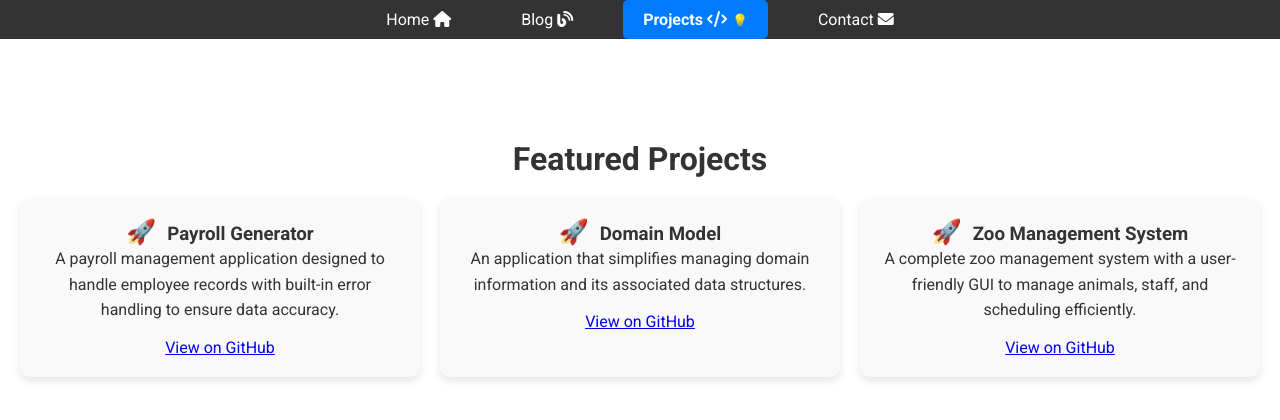
Repository: liwingy/cs5610_fall24_project1
Page: projects.html
An editor plug-in stored every save of this project. The page is shown before and after the next save, followed by the edit.
The browser window is 1280 px wide. The pictures show the whole page.

Above is the page before, as saved 2024-10-07 21:29:45.

### projects.html
<!DOCTYPE html>
<html lang="en">
<head>
    <meta charset="UTF-8">
    <meta name="viewport" content="width=device-width, initial-scale=1.0">
    <title>Wing Yee Li | Projects</title>
    <link rel="stylesheet" href="style.css">
    <link rel="icon" href="./sources/favicon.ico" type="image/x-icon">
    <link rel="stylesheet" href="https://cdnjs.cloudflare.com/ajax/libs/font-awesome/6.0.0-beta3/css/all.min.css">
</head>
<body>
    <nav>
        <ul>
            <li><a href="homepage.html">Home <i class="fas fa-home"></i></a></li>
            <li><a href="blog.html">Blog <i class="fas fa-blog"></i></a></li>
            <li><a href="projects.html" class="active">Projects <i class="fas fa-code"></i></a></li>
            <li><a href="contact.html">Contact <i class="fas fa-envelope"></i></a></li>
        </ul>
    </nav>
    <main>
        <section class="projects">
            <h2>Featured Projects</h2>
            <div class="grid">
                <div class="project-item">
                    <h3>Payroll Generator</h3>
                    <p>A payroll management application designed to handle employee records with built-in error handling to ensure data accuracy.</p>
                    <a href="https://github.com/Su24-CS5004-Online-Lionelle/homework-03-liwingy/tree/main/src/main/java/student" target="_blank">View on GitHub</a>
                </div>
                <div class="project-item">
                    <h3>Domain Model</h3>
                    <p>An application that simplifies managing domain information and its associated data structures.</p>
                    <a href="https://github.com/Su24-CS5004-Online-Lionelle/homework-07-liwingy/tree/main/src/main/java/student/model" target="_blank">View on GitHub</a>
                </div>
                <div class="project-item">
                    <h3>Zoo Management System</h3>
                    <p>A complete zoo management system with a user-friendly GUI to manage animals, staff, and scheduling efficiently.</p>
                    <a href="https://github.com/Su24-CS5004-Online-Lionelle/final-project-group-12" target="_blank">View on GitHub</a>
                </div>
            </div>
        </section>
    </main>
</body>
</html>

### style.css
@import url('https://fonts.googleapis.com/css2?family=Roboto:wght@400;700&display=swap');

* {
    margin: 0;
    padding: 0;
    box-sizing: border-box;
    font-family: 'Roboto', sans-serif;
}

body, html {
    height: 100%;
    margin: 0;
}

body {
    background-color: rgb(255, 255, 255);
    color: #333;
    display: flex;
    flex-direction: column;   /* Stack the content vertically */
    height: 100vh;            /* Make sure the body takes up the full viewport height */
}

main {
    display: flex;
    justify-content: center;
    align-items: center;
    flex-direction: column;
    height: auto;
    margin-top: 80px;
    padding-top: 20px;
}

header {
    text-align: center;
}

.blog, .projects, .contact, .about-me {
    margin-top: 20px;
    padding: 20px;
    width: 100%;
    margin-bottom: 40px; /* Add space between sections */
    text-align: center;
}

.about-me h3:before {
    content: "⭐"; /* Add an icon or symbol before each section */
    font-size: 1.5rem;
    color: #007BFF;
    margin-right: 5px;
}

.highlight {
    font-weight: bold;
    color: black; /* Highlight the text in a different color */
}

ul {
    list-style-type: disc;
    list-style-position: inside; /* Ensures the bullet points are aligned with the text */
    padding-left: 0; /* Removes extra left padding on the list */
    padding-left: 20px; /* Add some padding to ensure bullets are positioned properly */
}

li {
    margin-left: 0; /* Adds a little space between the bullet and text */
}


nav {
    width: 100%;              /* Full width navigation bar */
    background-color: #333;    /* Background color for the navbar */
    position: fixed;          /* Keep the navbar fixed at the top */
    top: 0;
    left: 0;
    padding: 10px 0;          /* Add some padding for spacing */
    z-index: 1;               /* Ensure the navbar stays above other content */
}

nav ul {
    list-style: none;
    display: flex;            /* Display the list items in a row */
    justify-content: center;  /* Center the list items horizontally */
    margin: 0;
    padding: 0;
}

nav ul li {
    margin: 0 15px;           /* Space between each nav item */
}

nav ul li a {
    color: #fff;
    text-decoration: none;
    padding: 10px 20px;       /* Add padding around each link */
    transition: background-color 0.3s;
}

nav ul li a:hover {
    border-bottom: 2px solid #007BFF;
    font-size: 1.05em;
    color: #007BFF;
    transition: all 0.3s ease-in-out;
}

.active {
    background-color: #007BFF;
    font-weight: bold;
    border-radius: 5px;
    padding: 10px 20px;
}

nav ul li a.active::after {
    content: "💡";
    color: #007BFF;
    font-size: 0.8rem;
    margin-left: 5px;
    vertical-align: middle;
}

h1 {
    font-size: 2.5rem;
    margin-top: 60px;        /* Add space from the navbar */
}

h2 {
    font-size: 2rem;
    margin-bottom: 10px;
}

h1, h2, h3 {
    font-weight: 700; /* Make headings bold */
}

p {
    line-height: 1.6; /* Improve readability */
    margin-bottom: 15px; /* Add space between paragraphs */
}

.grid {
    display: grid;
    grid-template-columns: repeat(auto-fit, minmax(250px, 1fr)); /* Auto-fit for responsiveness */
    gap: 20px; /* Space between grid items */
    margin-top: 20px;
}

.blog-item {
    padding: 20px;
    border-radius: 10px;
    box-shadow: 0 4px 8px rgba(0, 0, 0, 0.1);
    background-color: #f9f9f9;
}

.blog-item h3:before {
    content: "💕";
    color: #007BFF;
    font-size: 1.5rem;
    margin-right: 5px;
}

.blog img {
    display: block;        /* Ensures the image is a block element, so it stays on its own line */
    margin-top: 10px;      /* Adds space between text and image */
    margin-bottom: 20px;   /* Adds space after the image */
    max-width: 300px;      /* Adjust the size to fit nicely within the content */
    width: 100%;
    height: auto;
    border-radius: 10px;   /* Optional: add rounded corners to images */
}

/* Blog-specific ul styling */
.blog ul {
    list-style-type: none;  /* Removes the bullet points */
    padding-left: 0; /* Ensure no extra padding is added here */
    margin-left: 0; /* Remove any additional margins */
}

/* Blog-specific li styling */
.blog li {
    padding-left: 0;  /* Ensures no extra padding between bullet and text */
    margin-left: 0; /* No margin needed */
}

.project-item {
    padding: 20px;
    border-radius: 10px;
    box-shadow: 0 4px 8px rgba(0, 0, 0, 0.1);
    background-color: #f9f9f9;
}

.project-item h3:before {
    content: "🚀 ";
    color: #007BFF;
    font-size: 1.5rem;
    margin-right: 5px;
}

.centered-video,
.pics {
    max-width: 300px;
    width: 100%;
    height: auto;
    display: block;
    margin: 20px auto;
    border-radius: 10px;
    box-shadow: 0 4px 8px rgba(0, 0, 0, 0.2); /* Add a shadow */
    transition: transform 0.3s ease-in-out, box-shadow 0.3s ease-in-out;
}

.centered-video:hover,
.pics:hover {
    transform: scale(1.05); /* Slightly enlarge the image on hover */
    box-shadow: 0 6px 12px rgba(0, 0, 0, 0.3); /* Increase shadow on hover */
}

/* Responsive design */
@media screen and (max-width: 768px) {
    nav ul {
        flex-direction: column;  /* Stack the navbar links vertically on small screens */
        align-items: center;
    }

    nav ul li {
        margin: 10px 0;          /* Space out vertically in mobile view */
    }

    h1 {
        font-size: 1.8rem;
        margin-top: 100px;       /* Adjust spacing on small screens */
    }
}

/* Custom scrollbar */
::-webkit-scrollbar {
    width: 8px;
}

::-webkit-scrollbar-track {
    background: #f1f1f1;
}

::-webkit-scrollbar-thumb {
    background-color: #333; /* Match scrollbar with active link color */
    border-radius: 10px;
}

After the next save:
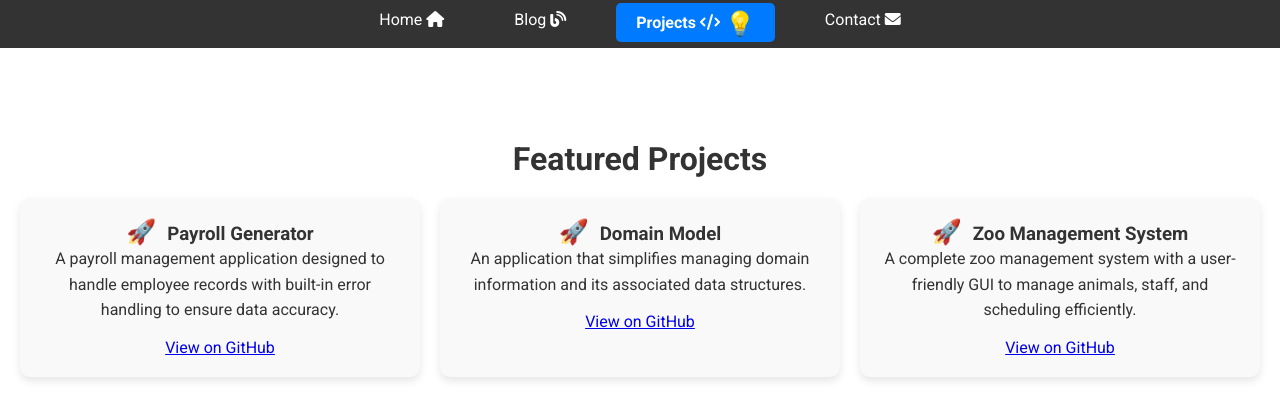
Saved 23 s later.
--- a/style.css
+++ b/style.css
@@ -112,7 +112,7 @@ nav ul li a:hover {
 nav ul li a.active::after {
     content: "💡";
     color: #007BFF;
-    font-size: 0.8rem;
+    font-size: 1.5rem;
     margin-left: 5px;
     vertical-align: middle;
 }
